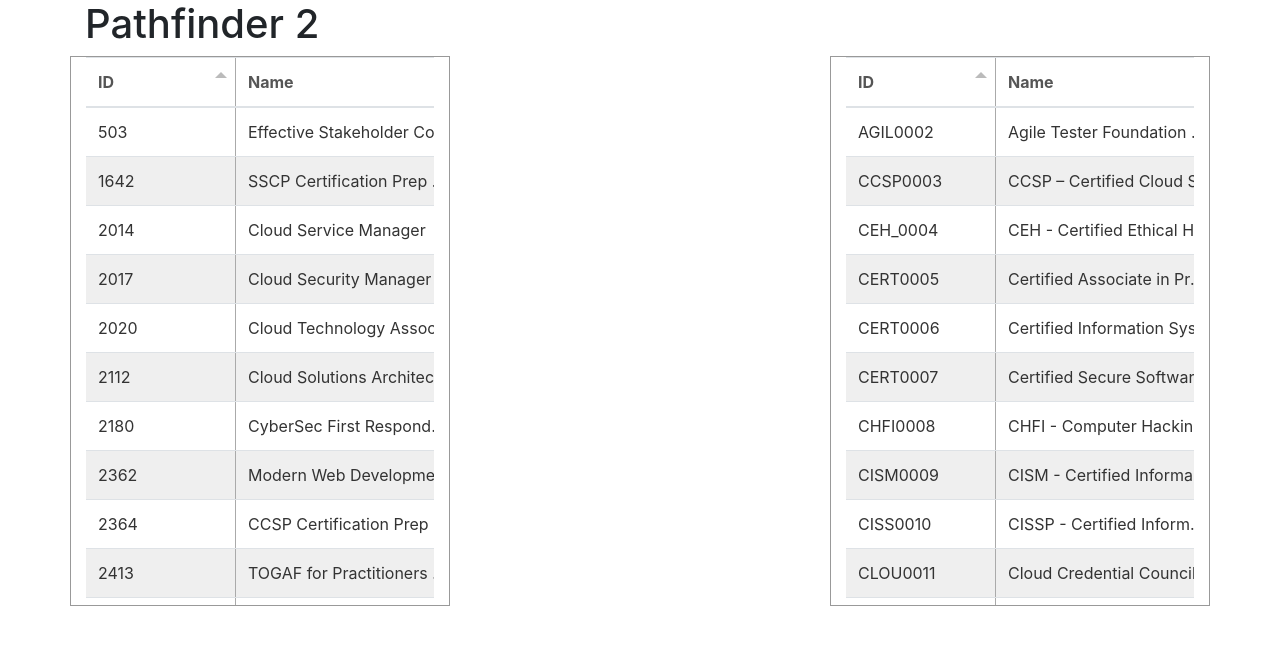
Repository: t1s1/pathfinder2
Page: index.html
The author's editor kept a record of every edit. The page is drawn from the files as they stood at one moment, then again after the next edit.
The browser window is 1280 px wide. The pictures show the whole page.

Above is the page before.

After the next edit:
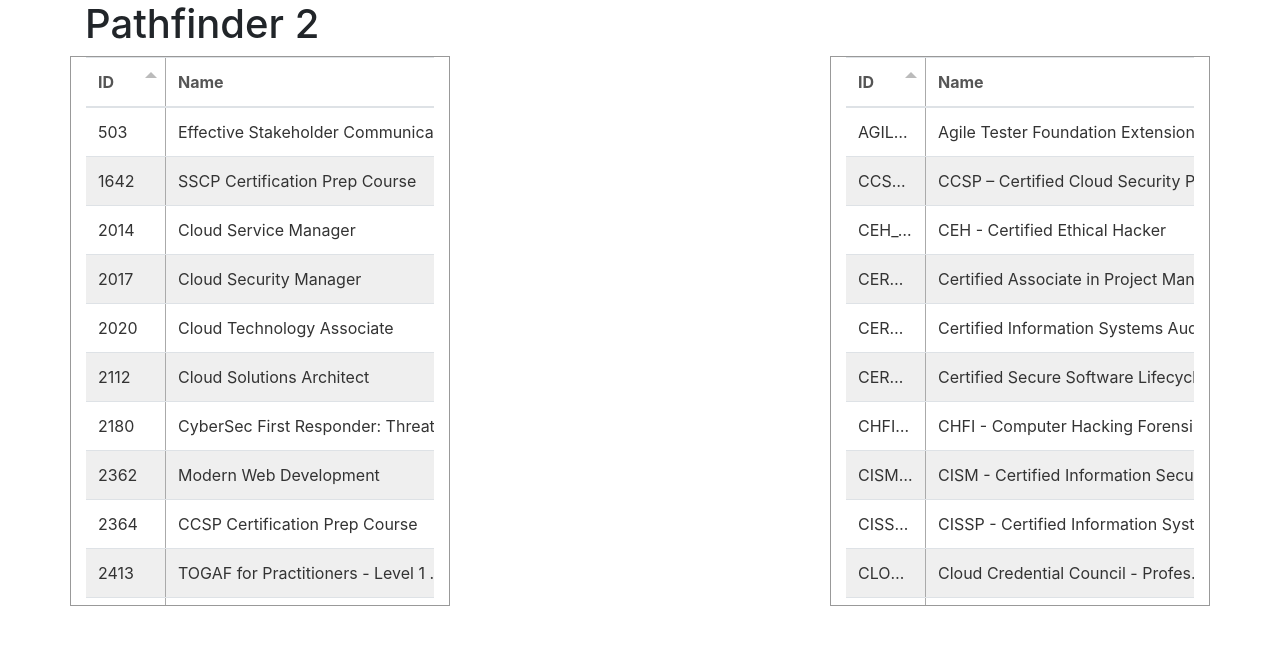
The edit:
--- a/index.html
+++ b/index.html
@@ -49,7 +49,7 @@
        	data:data_arr,
        	layout:"fitColumns", //fit columns to width of table (optional)
        	columns:[ //Define Table Columns
-       	 	{title:"ID", field:headers[0], width:150},
+       	 	{title:"ID", field:headers[0], width:80},
        	 	{title:"Name", field:headers[1]}
        	],
        	rowClick:function(e, row){ //trigger an alert message when the row is clicked
